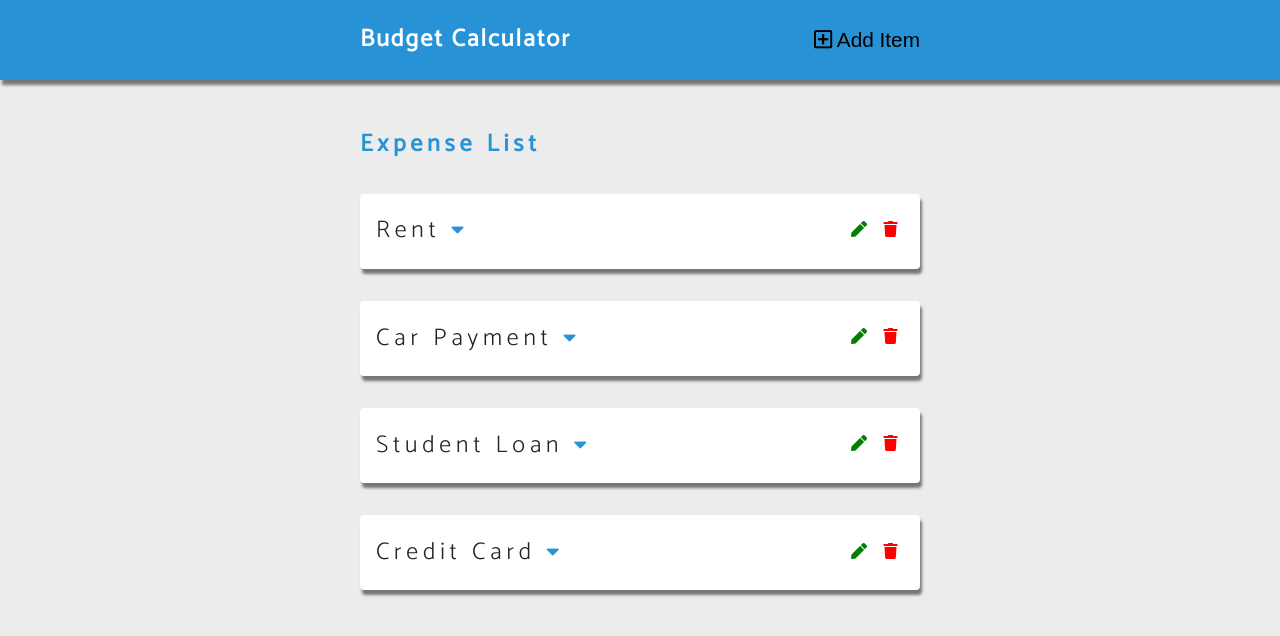
Repository: webdril/budget
Page: /
The author's editor kept a copy of each file at every save. The page is drawn from the files as they stood at one save, then again after a run of saves.
The browser window is 1280 px wide. The pictures show the whole page.
The project was rebuilt for these pictures with package versions that can differ from the ones it lists, and the page was loaded fresh each time.

Above is the page before, as saved 2020-03-02 23:19:46.

### public/index.html
<!DOCTYPE html>
<html lang="en">
<head>
	<meta charset='utf-8'>
	<meta name='viewport' content='width=device-width,initial-scale=1'>

	<title>Budget Calculator</title>

	<link rel='icon' type='image/png' href='/favicon.png'>
	<link rel='stylesheet' href='/global.css'>
	<link rel='stylesheet' href='/build/bundle.css'>
	<!-- Font Awesome -->
	<link rel="stylesheet" href="fontawesome-free-5.11.2-web/css/all.min.css">

	<script defer src='/build/bundle.js'></script>
</head>

<body>
</body>
</html>

### src/App.svelte
<script>
// components
import Navbar from './Navbar.svelte'
import ExpensesList from './ExpensesList.svelte'

// Data
import expensesData from './expenses';

// variables
let expenses = [...expensesData];

// functions
function removeExpense(id){
	expenses = expenses.filter(item =>item.id !== id);
}

</script>

<!-- CSS/STYLING -->

<Navbar />
<main class="content">
	<ExpensesList {expenses} {removeExpense}/>
</main>

### src/Navbar.svelte
<nav class="nav">
	<div class="nav-center">
		<h1 class="nav-title">Budget Calculator</h1>
		<button type="button" class="nav-btn">
			<i class="far fa-plus-square" />
			Add Item
		</button>
	</div>
</nav>

### src/ExpensesList.svelte
<script>
import SectionTitle from './Title.svelte';
import Expense from './Expense.svelte';
export let expenses = [];
export let removeExpense;
</script>

<style>
    h2 {
        text-transform: capitalize;
    }
</style>

<section>
    <SectionTitle title= 'expense list' />
    <ul>
        {#each expenses as expense, index}
            <!-- <Expense {expense}/> -->
            <!-- Anothr way below -->
            <Expense {...expense} {removeExpense}/>
            {:else}
                <h2>Currently you have no expenses</h2>
        {/each}
    </ul>
</section>

### src/Title.svelte
<script>
export let title = "default title";

</script>


<div class="main-title">
 <h2>{title}</h2>
</div>

### src/Expense.svelte
<script>
// export let expense
// let {name, amount} = expense
// Another method below
export let id;
export let name = "";
export let amount =0;
let displayAmount = false;
export let removeExpense;
function toggleAmount () {
    displayAmount = !displayAmount
}
</script>

<article class="single-expense">
    <div class="expense-infor">
        <h2>{name}
            <button class="amount-btn" on:click={toggleAmount}>
                <i class="fas fa-caret-down" />
            </button>
        </h2>
        {#if displayAmount}
        <h4>amount: ${amount}</h4>
        {/if}
    </div>
    <div class="expense-button">
        <button class="expense-btn edit-btn">
            <i class="fas fa-pen" />
        </button>
          <button class="expense-btn delete-btn"
          on:click={removeExpense(id)}>
            <i class="fas fa-trash" />
        </button>
    </div>
</article>

### public/global.css
/*
======
Fonts
======
*/
@import url("https://fonts.googleapis.com/css?family=Catamaran:300,400&display=swap");
/*
======
Variables
======
*/
:root {
  --primaryColor: #2892d7;
  --mainWhite: #fff;
  --offWhite: #f7f7f7;
  --mainBlack: #222;
  --mainGrey: #ececec;
  --darkGrey: #afafaf;
  --mainTransition: all 0.3s linear;
  --mainSpacing: 0.3rem;
  --lightShadow: 2px 5px 3px 0px rgba(0, 0, 0, 0.5);
  --darkShadow: 4px 10px 5px 0px rgba(0, 0, 0, 0.5);
  --mainBorderRadius: 0.25rem;
}
/*
======
Global Styles
======
*/
* {
  margin: 0;
  padding: 0;
  box-sizing: border-box;
}

body {
  font-family: "Catamaran", sans-serif;
  color: var(--mainBlack);
  background: var(--mainGrey);
  line-height: 1.4;
  font-size: 1rem;
  font-weight: 300;
}
h1,
h2,
h3,
h4,
h5,
h6 {
  font-family: "Catamaran", sans-serif;
  margin-bottom: 1.25rem;
  letter-spacing: var(--mainSpacing);
}
p {
  margin-bottom: 1.25rem;
}
ul {
  list-style-type: none;
}
a {
  text-decoration: none;
  color: var(--mainBlack);
}
/*
======
Buttons
======
*/
.btn,
.btn-white,
.btn-primary {
  text-transform: uppercase;
  letter-spacing: var(--mainSpacing);
  color: var(--primaryColor);
  border: 2px solid var(--primaryColor);
  padding: 0.45rem 0.8rem;
  display: inline-block;
  transition: var(--mainTransition);
  cursor: pointer;
  font-size: 0.8rem;
  border-radius: var(--mainBorderRadius);
  background: transparent;
}
.btn:hover {
  background: var(--primaryColor);
  color: var(--mainWhite);
}
.btn-white {
  background: transparent;
  color: var(--primaryColor);
  border-color: var(--primaryColor);
}
.btn-white:hover {
  background: var(--mainWhite);
  color: var(--primaryColor);
}
.btn-primary {
  background: var(--primaryColor);
  color: var(--mainWhite);
  border-color: var(--primaryColor);
}
.btn-primary:hover {
  background: transparent;
  color: var(--primaryColor);
}
.btn-block {
  width: 100%;
  display: block;
  margin: 0 auto;
  box-shadow: var(--lightShadow);
}
.disabled {
  color: var(--darkGrey);
  border-color: var(--darkGrey);
}
.disabled:hover {
  background: transparent;
  color: var(--darkGrey);
  border-color: var(--darkGrey);
}
/*
======
Navbar
======
*/
.nav {
  background: var(--primaryColor);
  height: 5rem;
  display: flex;
  align-items: center;
  box-shadow: var(--lightShadow);
}

.nav-center {
  width: 85%;
  max-width: 35rem;
  margin: 0 auto;
  display: flex;
  justify-content: space-between;
}
.nav-title {
  text-transform: capitalize;
  color: var(--mainWhite);
  margin-bottom: 0;
  letter-spacing: 2px;
}
.nav-btn {
  background: transparent;
  font-size: 1.3rem;
  border: none;
  cursor: pointer;
  text-transform: capitalize;
  transition: var(--mainTransition);
}
.nav-btn:hover {
  color: var(--darkGrey);
}
/*
======
Content
======
*/
.content {
  padding: 3rem 0;
  width: 85vw;
  max-width: 35rem;
  margin: 0 auto;
}

/*
======
Main Title
======
*/
.main-title {
  text-transform: capitalize;
  color: var(--primaryColor);
  margin-bottom: 2rem;
}
/*
======
Single Expense
======
*/
.single-expense {
  display: flex;
  justify-content: space-between;
  text-transform: capitalize;
  align-items: center;
  margin-bottom: 2rem;
  padding: 1.3rem 1rem;
  border-radius: var(--mainBorderRadius);
  background: var(--mainWhite);
  box-shadow: var(--lightShadow);
}
.single-expense h2 {
  margin-bottom: 0;
  font-weight: 300;
}
.single-expense h4 {
  margin-bottom: 0;
  margin-top: 1rem;
  font-weight: 300;
  color: var(--primaryColor);
}

.expense-btn {
  font-size: 1rem;
  background: transparent;
  border: none;
  margin: 0 0.4rem;
  transition: var(--mainTransition);
  cursor: pointer;
}
.expense-btn:hover {
  transform: scale(1.2);
}
.amount-btn {
  font-size: 1.3rem;
  background: transparent;
  border: none;
  cursor: pointer;
  color: var(--primaryColor);
}
.delete-btn {
  color: red;
}
.edit-btn {
  color: green;
}
/*
======
Expense Form
======
*/

.expense-form {
  background: var(--mainWhite);
  padding: 1.25rem 1rem;
  text-transform: capitalize;
  border-radius: var(--mainBorderRadius);
  box-shadow: var(--lightShadow);
}

.form-control label {
  display: block;
}
.form-control input {
  width: 100%;
  border: none;
  border-bottom: 2px solid var(--darkGrey);
  margin-bottom: 1.25rem;
  padding: 0.5rem;
  font-size: 1.2rem;
}
.form-empty {
  text-align: center;
  color: red;
}
.form {
  position: relative;
  margin-bottom: 5rem;
}
.close-btn {
  position: absolute;
  top: 0;
  right: 0;
  font-size: 1.2rem;
  text-transform: capitalize;
  display: flex;
  align-items: center;
  width: 4.2rem;
  justify-content: space-between;
  background: transparent;
  border: none;
  color: red;
  cursor: pointer;
}
/*
======
Modal
======
*/
.modal-container {
  position: fixed;
  top: 0;
  left: 0;
  right: 0;
  bottom: 0;
  background: rgba(0, 0, 0, 0.7);
  z-index: 2;
}
.modal-content {
  background: var(--mainWhite);
  width: 85vw;
  max-width: 35rem;
  margin: 0 auto;
  margin-top: 5rem;
  padding: 3rem;
  border-radius: var(--mainBorderRadius);
  position: relative;
}
.modal-content .expense-form {
  box-shadow: none;
}
.modal-container .form {
  margin-bottom: 0;
}
.modal-container .expense-form {
  padding: 1.25rem 0;
}
.modal-container .form {
  position: static;
}
.modal-container .close-btn {
  top: 2%;
  right: 3%;
}
/*
======
Github Users
======
*/

.user {
  margin: 2rem 0;
  box-shadow: var(--lightShadow);
  display: grid;
  grid-template-columns: auto 1fr;
  border-radius: var(--mainBorderRadius);
  grid-column-gap: 2rem;
  background: var(--mainWhite);
}
.user img {
  width: 6rem;
  border-top-left-radius: var(--mainBorderRadius);
  border-bottom-left-radius: var(--mainBorderRadius);
}
.user-info {
  padding-top: 0.75rem;
}
.user-info h3 {
  margin-bottom: 0.75rem;
}

Loaded but not shown: src/main.js (common file); src/expenses.js (common file); public/fontawesome-free-5.11.2-web/css/all.min.css (library)

After the next 2 saves:
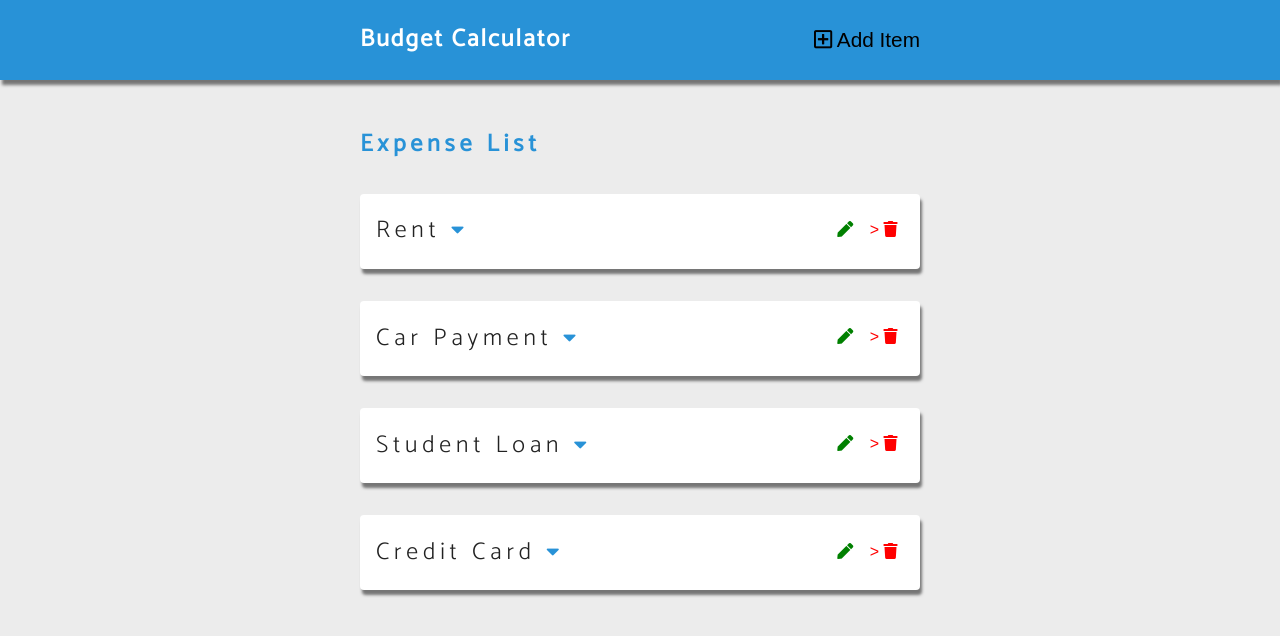
The 2 saves are shown as one change because 1 did not build or start.
The last was saved 8 min 50 s later.
--- a/src/Expense.svelte
+++ b/src/Expense.svelte
@@ -28,7 +28,9 @@
             <i class="fas fa-pen" />
         </button>
           <button class="expense-btn delete-btn"
-          on:click={removeExpense(id)}>
+
+          on:click={() => removeExpense(id)}>
+          >
             <i class="fas fa-trash" />
         </button>
     </div>

After the save that followed:
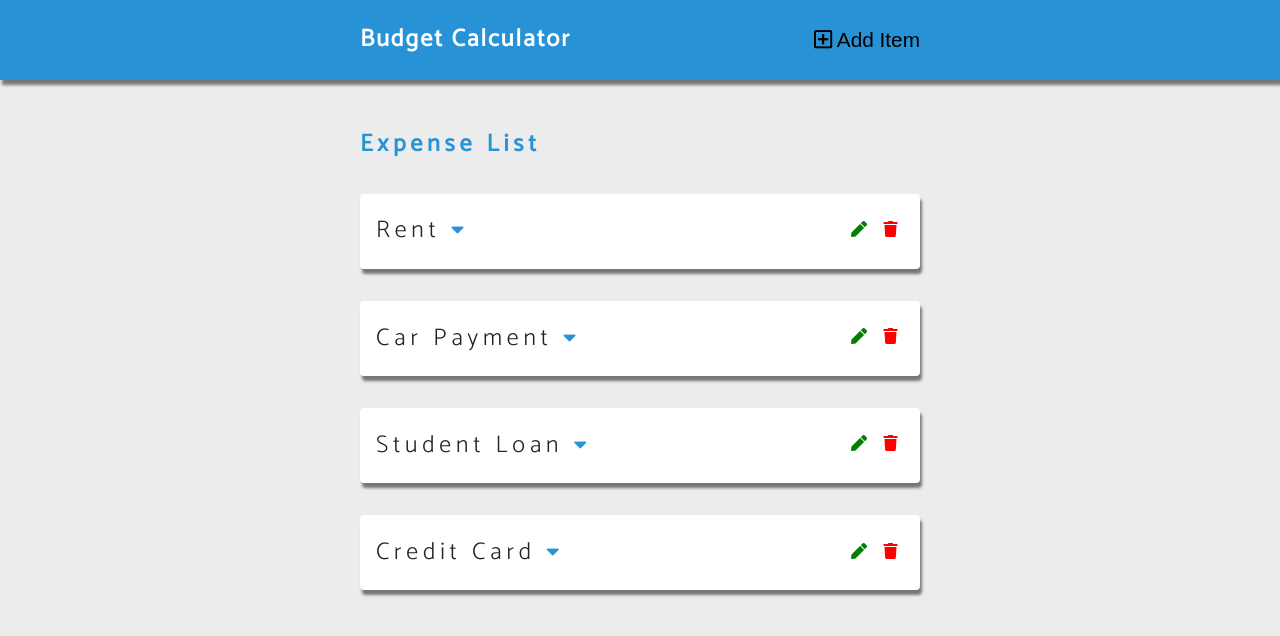
Saved 18 s later.
--- a/src/Expense.svelte
+++ b/src/Expense.svelte
@@ -30,7 +30,7 @@
           <button class="expense-btn delete-btn"
 
           on:click={() => removeExpense(id)}>
-          >
+
             <i class="fas fa-trash" />
         </button>
     </div>
